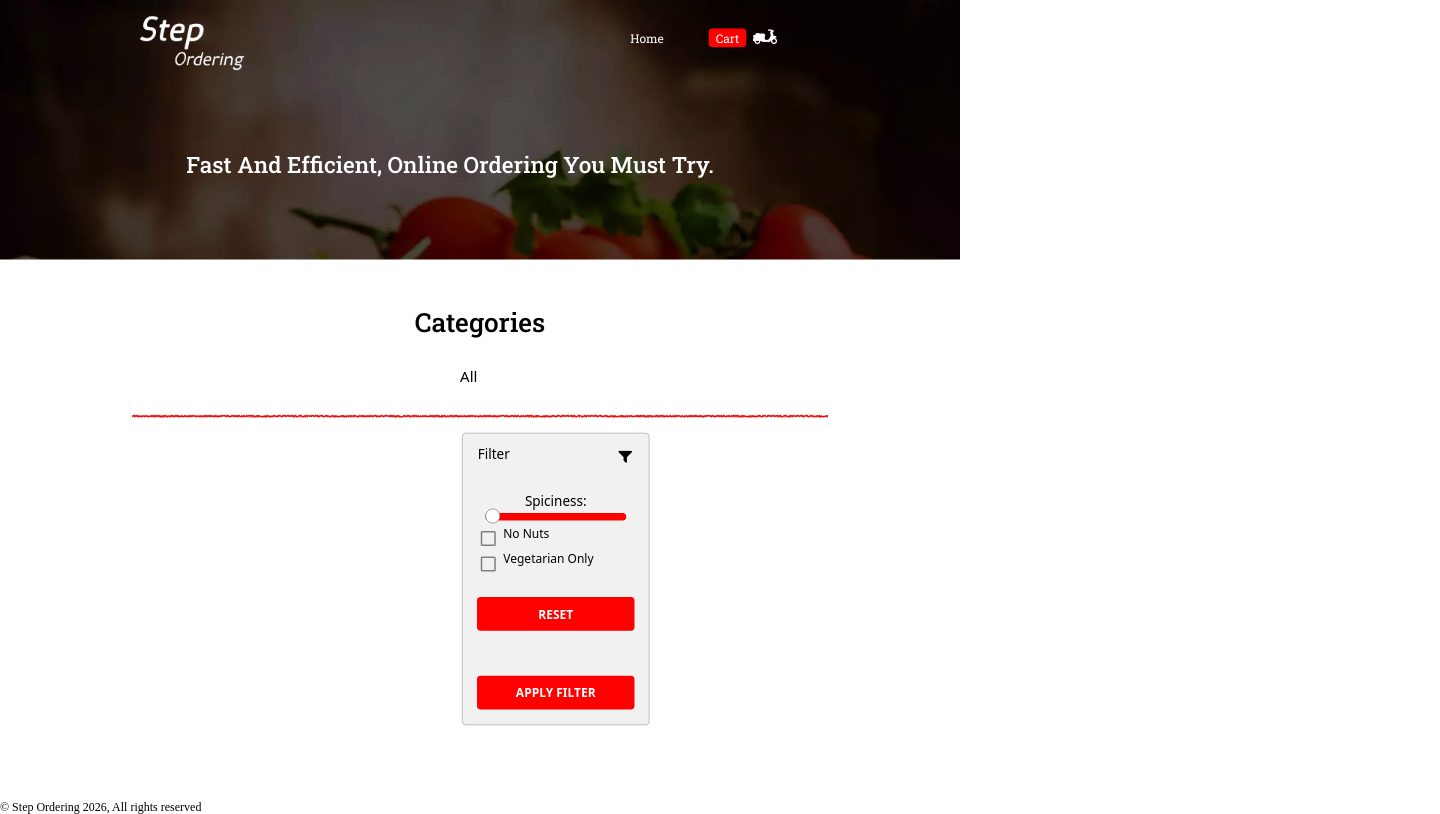
Repository: anastasia29-step/Online-Restaurant
Page: index.html
An editor plug-in stored every save of this project. The page is shown before and after the next save, followed by the edit.
The browser window is 1280 px wide. The page is 1280 px wide, then 1920 px, so the pictures cover 1920 px, including what lies to the right of the window. The pictures show the whole page, at 75% of full size.
Some web libraries are served in a nearby version.

Above is the page before, as saved 2026-03-10 17:40:49.
Not found: app.js/

After the next save:
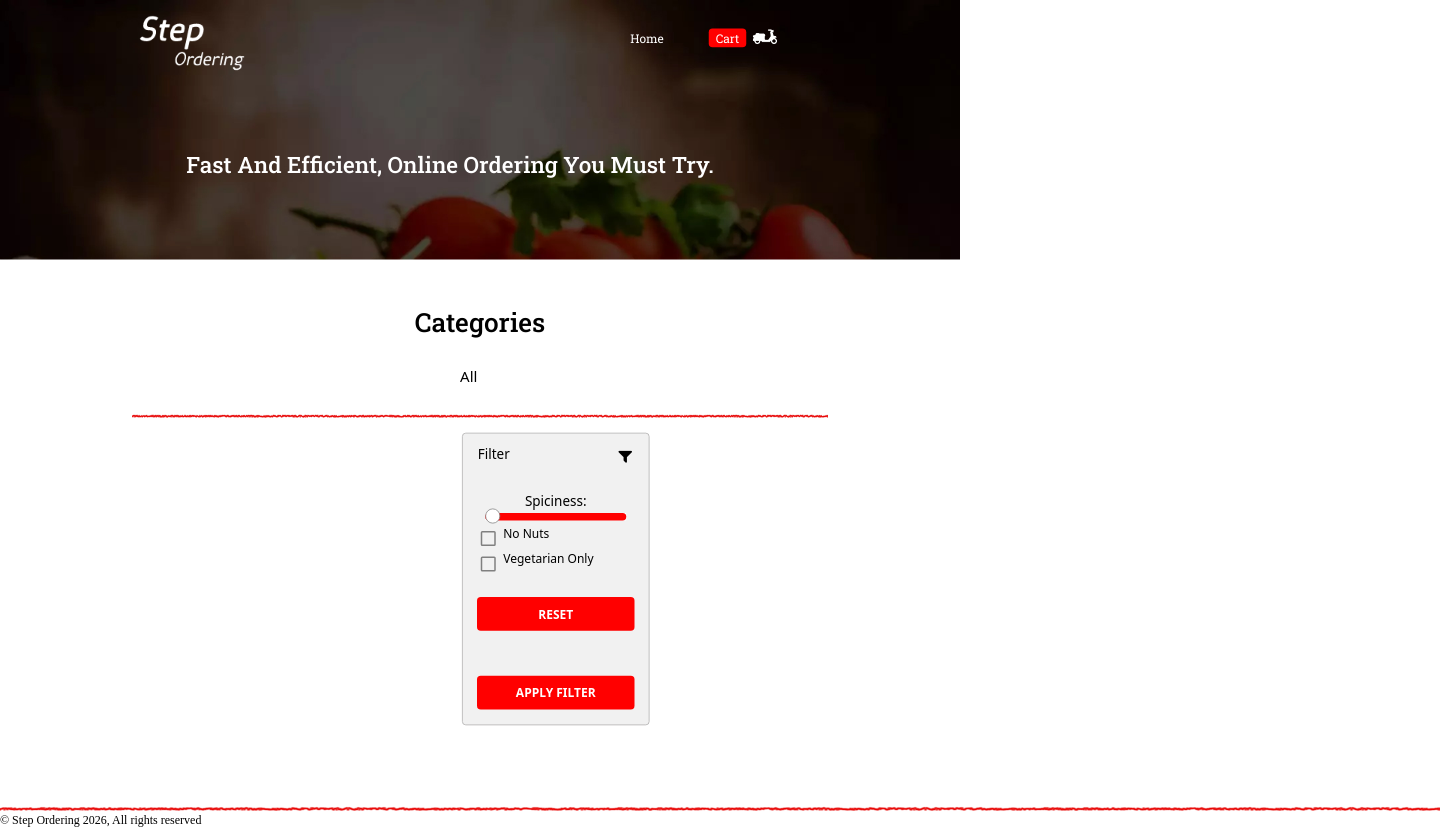
Saved 20 s later.
--- a/index.html
+++ b/index.html
@@ -70,6 +70,7 @@
     </form>
 
     <footer>
+        <img src="./photo/border.png" alt="">
         <p>© Step Ordering 2026, All rights reserved</p>
     </footer>
 
